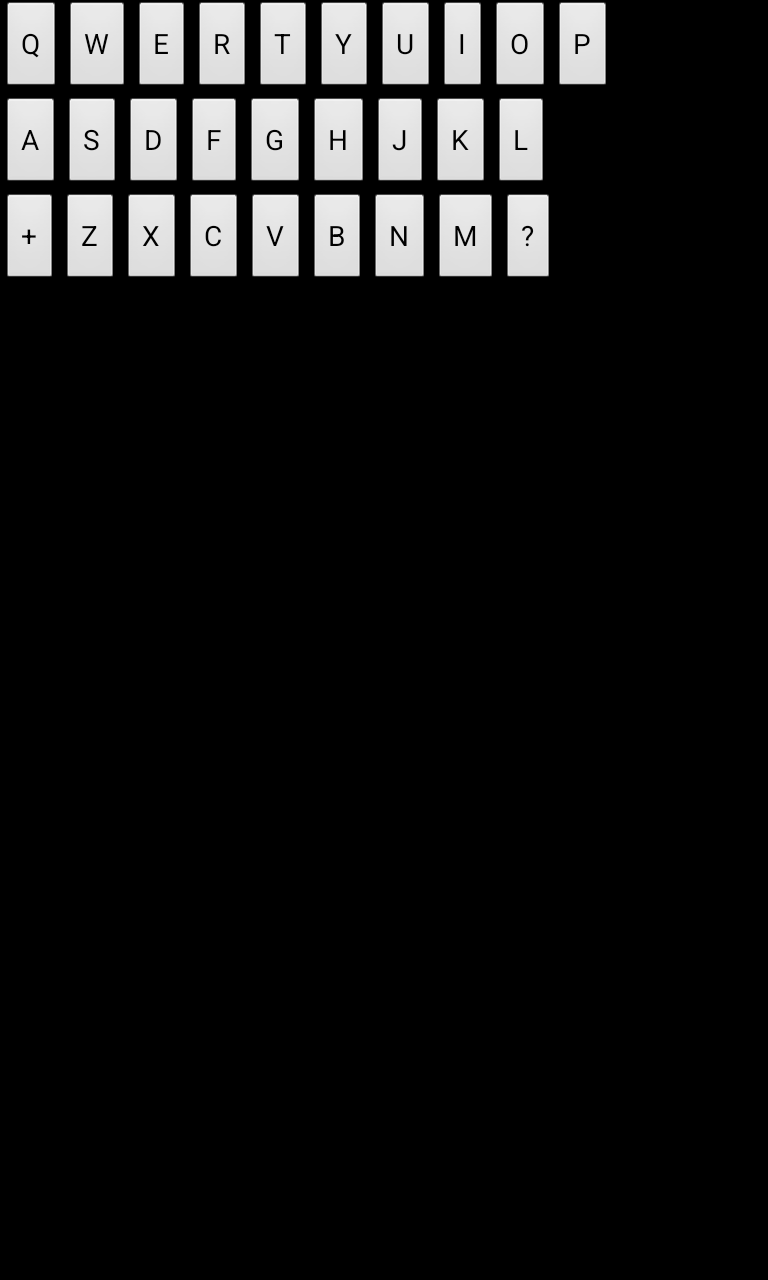
Repository: simplesns/workspace
Layout: eclipse/DEPuzzles/res/layout/ui_keypad.xml
An editor plug-in stored every save of this project. The layout is shown before and after the next save, followed by the edit.
It is drawn on a 768 x 1280 px phone screen (xhdpi) without system bars, with theme android:Theme; the app's code is not run.

Above is the layout before, as saved 2011-01-29 08:58:01.

### eclipse/DEPuzzles/res/layout/ui_keypad.xml
<?xml version="1.0" encoding="utf-8"?>
<LinearLayout xmlns:android="http://schemas.android.com/apk/res/android"
	android:layout_width="fill_parent" android:layout_height="fill_parent"
	android:orientation="vertical">
	<LinearLayout android:id="@+id/LinearLayout01"
		android:layout_width="fill_parent" android:layout_height="wrap_content">
		<Button android:layout_width="wrap_content"
			android:layout_height="wrap_content" android:text="Q" android:id="@+id/KeyPadQ"></Button>
		<Button android:layout_width="wrap_content"
			android:layout_height="wrap_content" android:text="W" android:id="@+id/KeyPadW"></Button>
		<Button android:layout_width="wrap_content"
			android:layout_height="wrap_content" android:text="E" android:id="@+id/KeyPadE"></Button>
		<Button android:layout_width="wrap_content"
			android:layout_height="wrap_content" android:text="R" android:id="@+id/KeyPadR"></Button>
		<Button android:layout_width="wrap_content"
			android:layout_height="wrap_content" android:text="T" android:id="@+id/KeyPadT"></Button>
		<Button android:layout_width="wrap_content"
			android:layout_height="wrap_content" android:text="Y" android:id="@+id/KeyPadY"></Button>
		<Button android:layout_width="wrap_content"
			android:layout_height="wrap_content" android:text="U" android:id="@+id/KeyPadU"></Button>
		<Button android:layout_width="wrap_content"
			android:layout_height="wrap_content" android:text="I" android:id="@+id/KeyPadI"></Button>
		<Button android:layout_width="wrap_content"
			android:layout_height="wrap_content" android:text="O" android:id="@+id/KeyPadO"></Button>
		<Button android:layout_width="wrap_content"
			android:layout_height="wrap_content" android:text="P" android:id="@+id/KeyPadP"></Button>
	</LinearLayout>
	<LinearLayout android:id="@+id/LinearLayout02"
		android:layout_width="wrap_content" android:layout_height="wrap_content">
		<Button android:layout_width="wrap_content"
			android:layout_height="wrap_content" android:text="A" android:id="@+id/KeyPadA"></Button>
		<Button android:layout_width="wrap_content"
			android:layout_height="wrap_content" android:text="S" android:id="@+id/KeyPadS"></Button>
		<Button android:layout_width="wrap_content"
			android:layout_height="wrap_content" android:text="D" android:id="@+id/KeyPadD"></Button>
		<Button android:layout_width="wrap_content"
			android:layout_height="wrap_content" android:text="F" android:id="@+id/KeyPadF"></Button>
		<Button android:layout_width="wrap_content"
			android:layout_height="wrap_content" android:text="G" android:id="@+id/KeyPadG"></Button>
		<Button android:layout_width="wrap_content"
			android:layout_height="wrap_content" android:text="H" android:id="@+id/KeyPadH"></Button>
		<Button android:layout_width="wrap_content"
			android:layout_height="wrap_content" android:text="J" android:id="@+id/KeyPadJ"></Button>
		<Button android:layout_width="wrap_content"
			android:layout_height="wrap_content" android:text="K" android:id="@+id/KeyPadK"></Button>
		<Button android:layout_width="wrap_content"
			android:layout_height="wrap_content" android:text="L" android:id="@+id/KeyPadL"></Button>
	</LinearLayout>
	<LinearLayout android:id="@+id/LinearLayout03"
		android:layout_width="wrap_content" android:layout_height="wrap_content">
		<Button android:text="+" android:layout_width="wrap_content"
			android:layout_height="wrap_content" android:id="@+id/KeyPadMode"></Button>
		<Button android:layout_width="wrap_content"
			android:layout_height="wrap_content" android:text="Z" android:id="@+id/KeyPadZ"></Button>
		<Button android:layout_width="wrap_content"
			android:layout_height="wrap_content" android:text="X" android:id="@+id/KeyPadX"></Button>
		<Button android:layout_width="wrap_content"
			android:layout_height="wrap_content" android:text="C" android:id="@+id/KeyPadC"></Button>
		<Button android:layout_width="wrap_content"
			android:layout_height="wrap_content" android:text="V" android:id="@+id/KeyPadV"></Button>
		<Button android:layout_width="wrap_content"
			android:layout_height="wrap_content" android:text="B" android:id="@+id/KeyPadB"></Button>
		<Button android:layout_width="wrap_content"
			android:layout_height="wrap_content" android:text="N" android:id="@+id/KeyPadN"></Button>
		<Button android:layout_width="wrap_content"
			android:layout_height="wrap_content" android:text="M" android:id="@+id/KeyPadM"></Button>
		<Button android:layout_width="wrap_content"
			android:layout_height="wrap_content" android:text="?" android:id="@+id/KeyPadBack"></Button>
	</LinearLayout>

</LinearLayout>

After the next save:
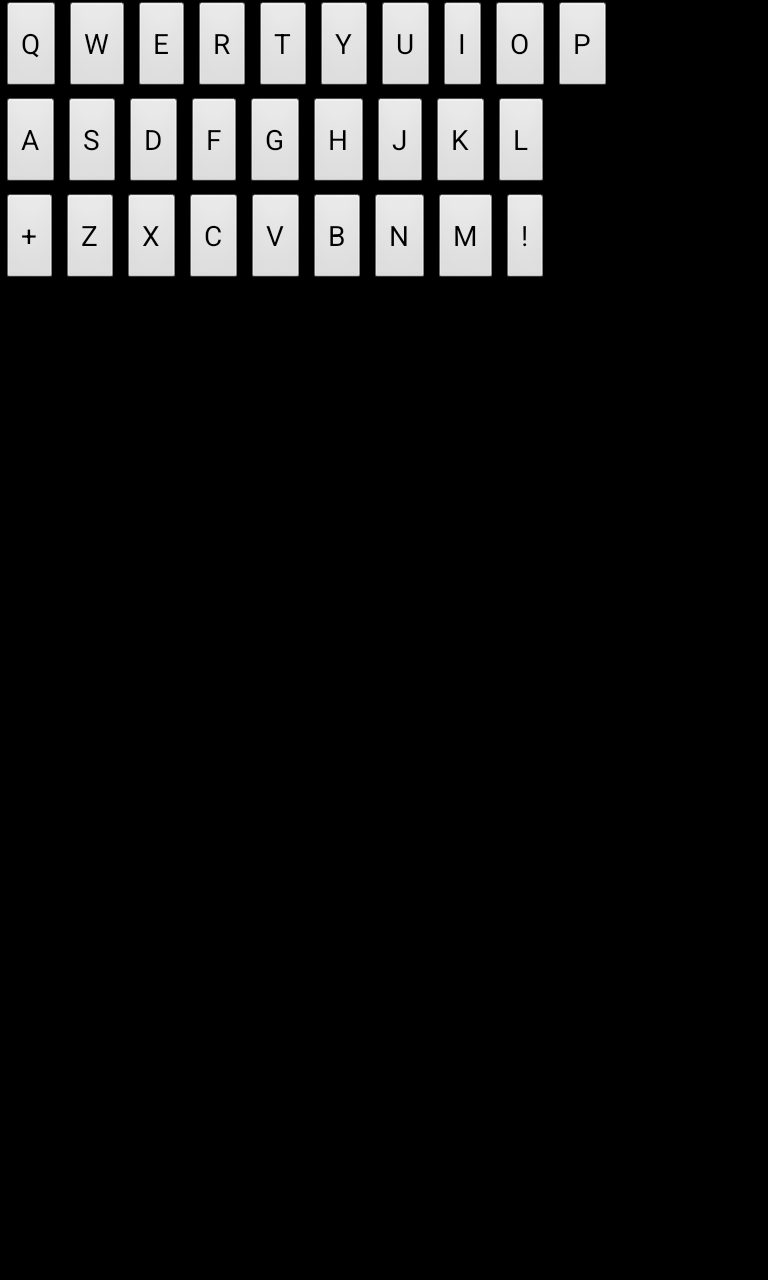
Saved 10 s later.
--- a/eclipse/DEPuzzles/res/layout/ui_keypad.xml
+++ b/eclipse/DEPuzzles/res/layout/ui_keypad.xml
@@ -65,7 +65,7 @@
 		<Button android:layout_width="wrap_content"
 			android:layout_height="wrap_content" android:text="M" android:id="@+id/KeyPadM"></Button>
 		<Button android:layout_width="wrap_content"
-			android:layout_height="wrap_content" android:text="?" android:id="@+id/KeyPadBack"></Button>
+			android:layout_height="wrap_content" android:text="!" android:id="@+id/KeyPadBack"></Button>
 	</LinearLayout>
 
 </LinearLayout>
